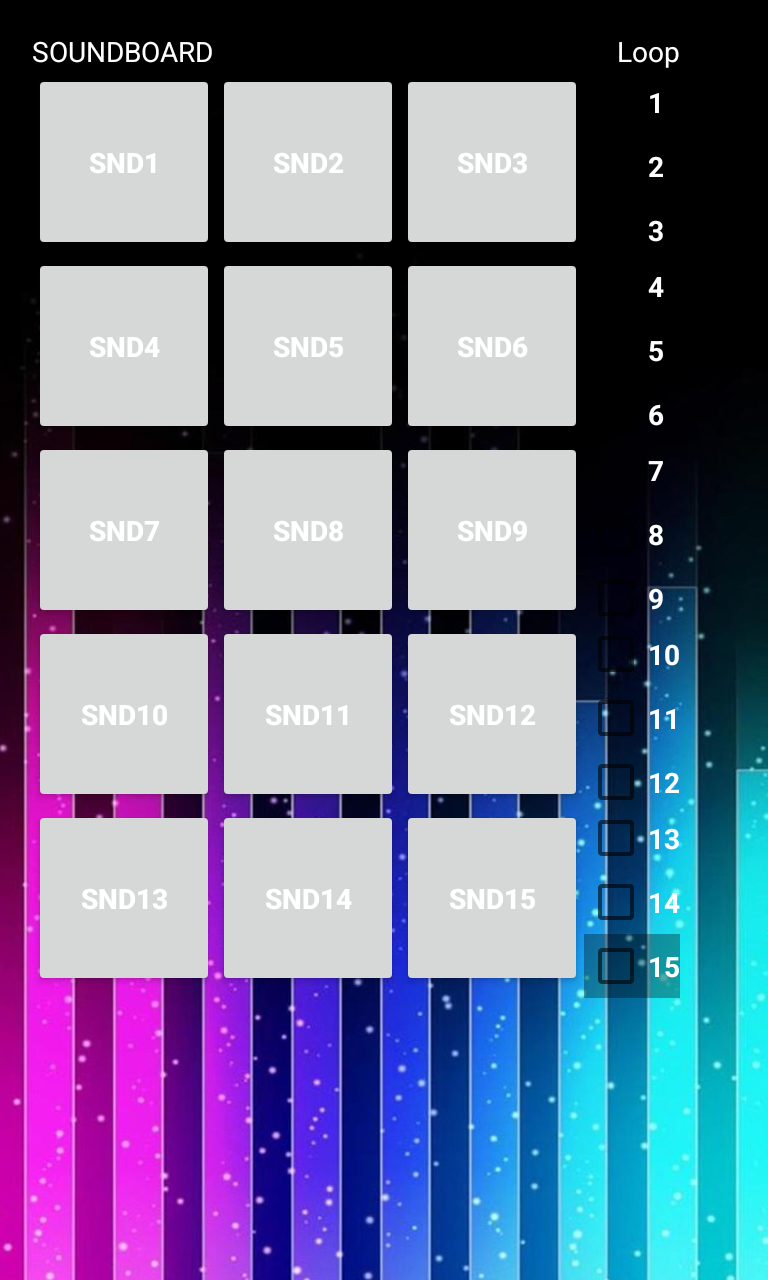
Repository: SoundBoardJAMJ/Project
Layout: workspace/SoundBoard/res/layout/defboard.xml
An editor plug-in stored every save of this project. The layout is shown before and after the next save, followed by the edit.
It is drawn on a 768 x 1280 px phone screen (xhdpi) without system bars, with theme AppTheme; the app's code is not run.

Above is the layout before, as saved 2014-05-02 07:21:30.

After the next save:
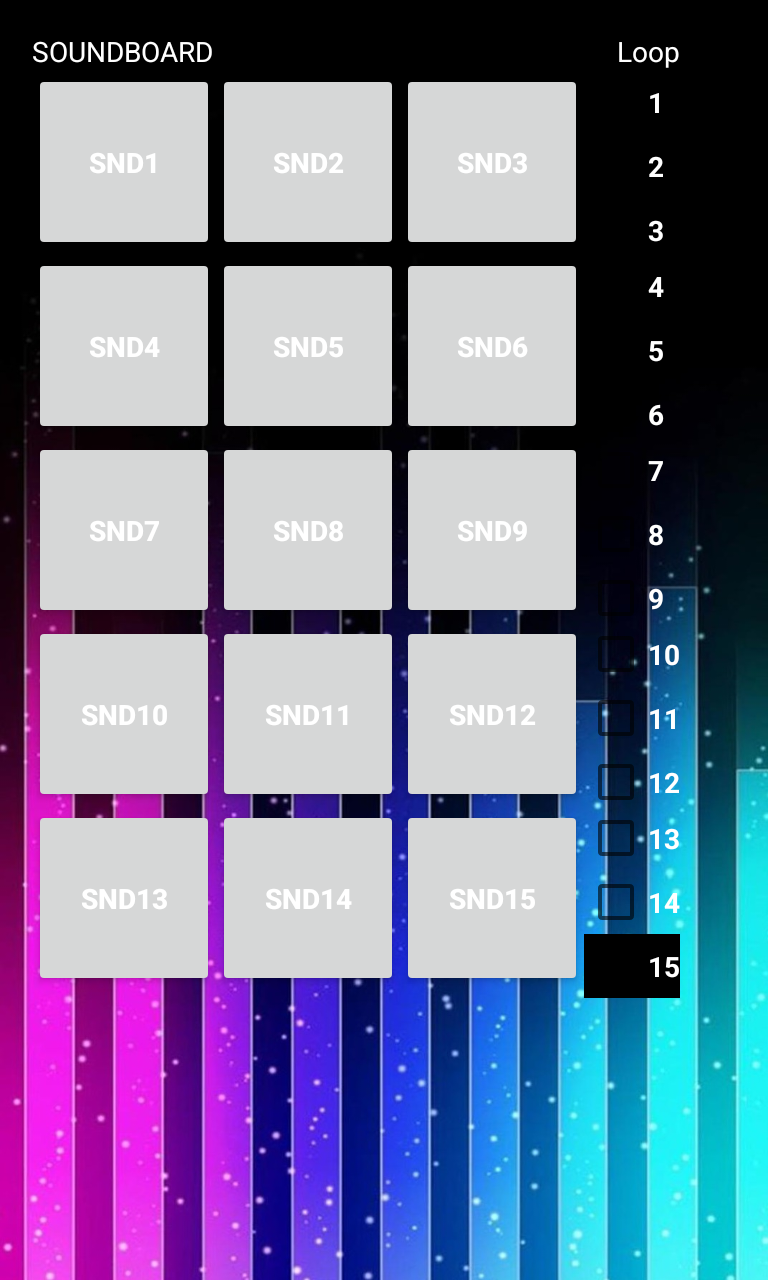
Saved 24 s later.
--- a/workspace/SoundBoard/res/layout/defboard.xml
+++ b/workspace/SoundBoard/res/layout/defboard.xml
@@ -386,7 +386,7 @@ android:layout_height="match_parent" >
         android:textColor="@android:color/white"
         android:alpha="1.0"
         android:textStyle="bold"
-        android:background="#55000000"
+        android:background="#FF000000"
         android:text="15" />
 
     <TextView
